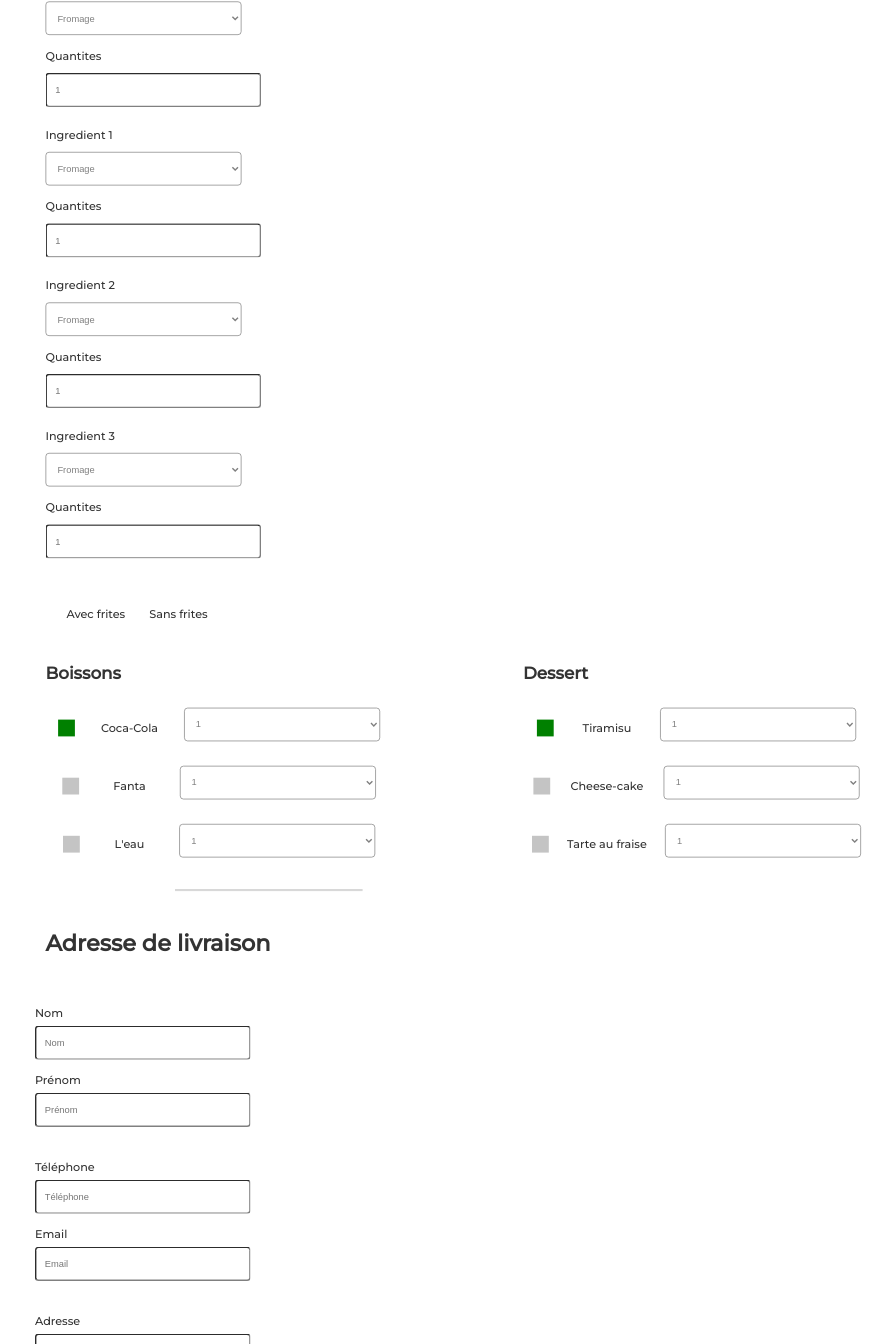
Repository: Ahlam-belhadj/bella-olange
Page: index2.html
These files come from the project's save history. The page is drawn as it stood at one moment and after a run of saves; the edit follows.
The browser window is 768 px wide. The page is 1243 px wide, so the pictures cover 1243 px, including what lies to the right of the window. The pictures show the part of the page from y = 1700 to 3620 px (the page is 4183 px tall), at 70% of full size.

Above is the page before, as saved 2023-02-12 01:12:35.

After the next 4 saves:
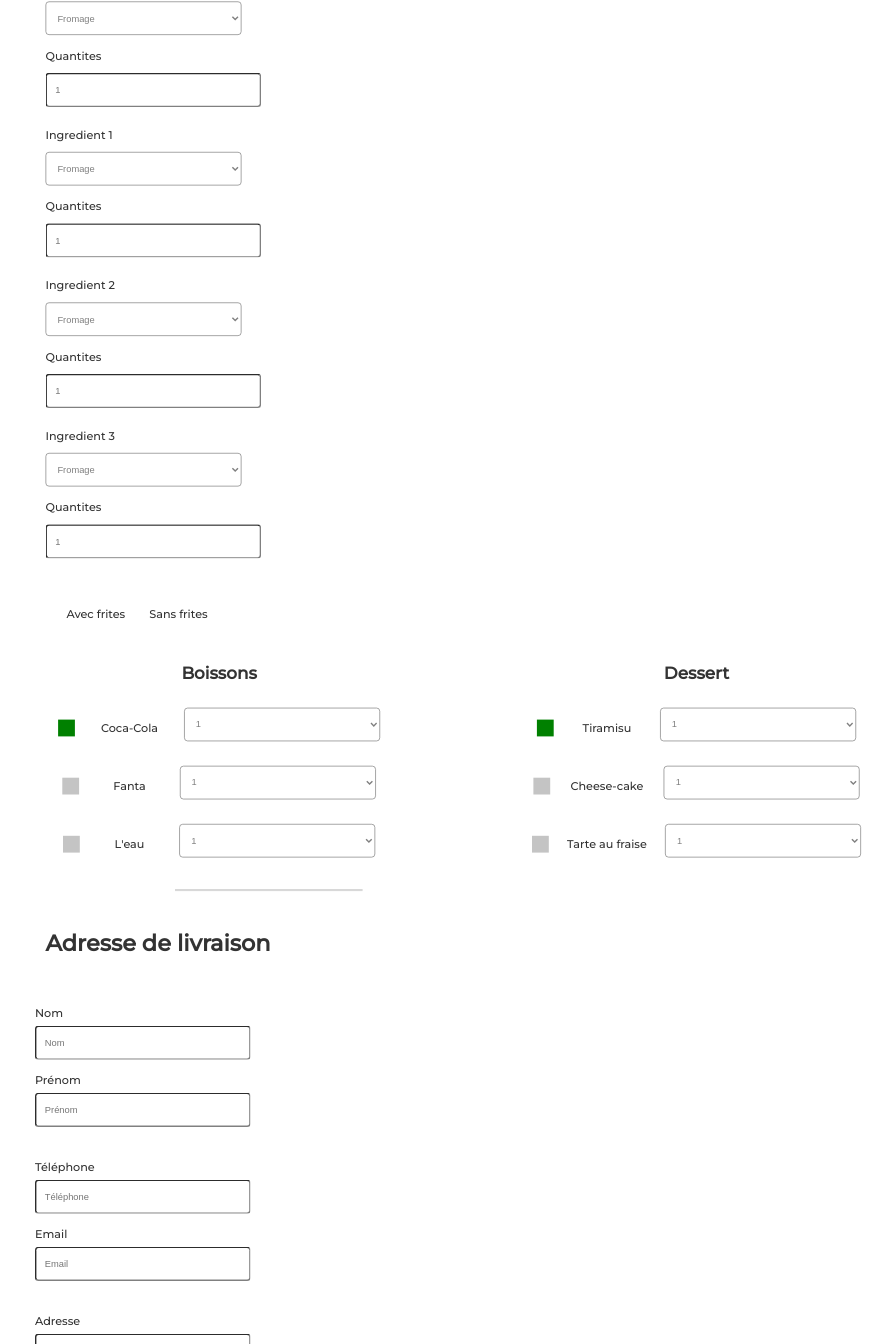
The 4 saves are shown as one change because they came seconds apart.
The last was saved 52 s later.
--- a/style2.css
+++ b/style2.css
@@ -460,4 +460,7 @@ button {
     flex-direction: column;
 }
 
-}
+h2{
+    text-align: center;
+}
+}
